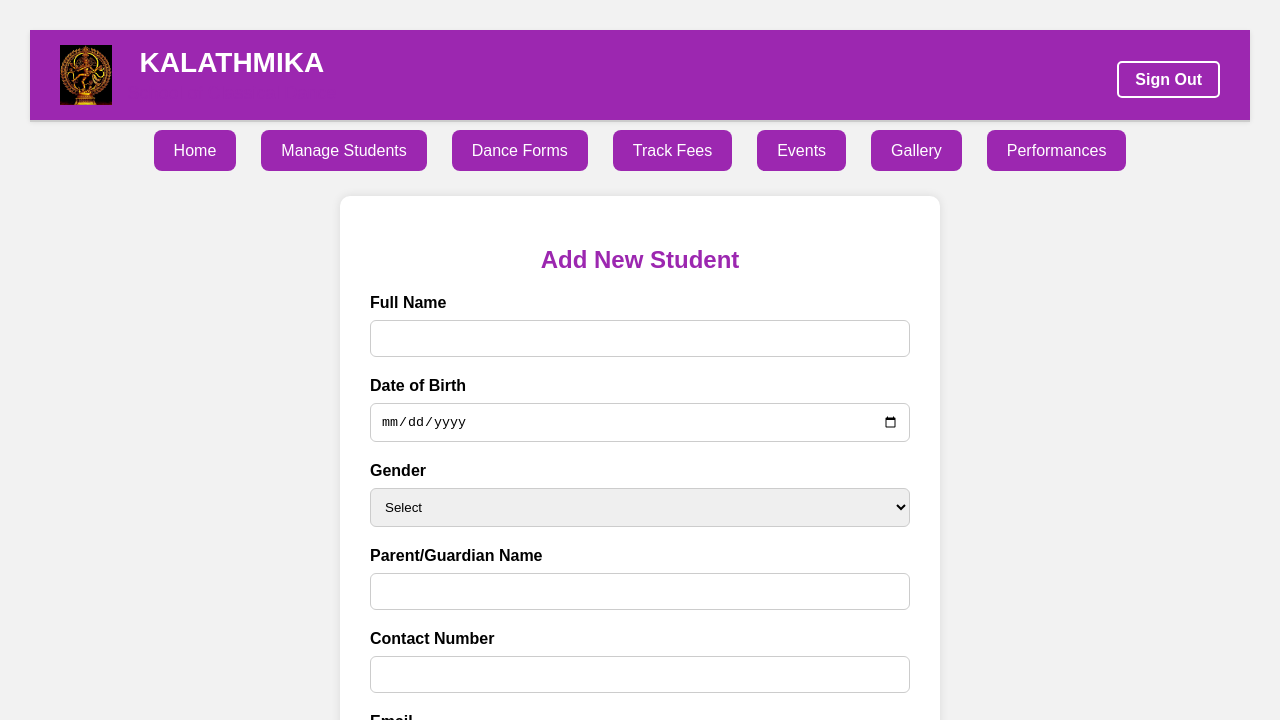
Repository: ammubancilal/LUMINAR-JDK17-STS4-SPRINGBOOT-KALATHMIKA-DANCESCHOOL
Page: http://localhost/springboot-jsp-kalathmika/WEB-INF/jsp/addNewStudent.jsp
The author's editor kept a copy of each file at every save. The page is drawn from the files as they stood at one save, then again after the next save.
The browser window is 1280 px wide. The pictures show the whole page.
An inner scrolling area shows only its first screen. The page is served by Tomcat 9. Nobody is signed in. Other server files are loaded and not shown. The template is opened directly, without the code that normally fills it, so the values that code supplies are empty.

Above is the page before, as saved 2025-04-22 06:14:37.

### springboot-jsp-kalathmika/src/main/webapp/WEB-INF/jsp/addNewStudent.jsp
<%@ page contentType="text/html;charset=UTF-8" language="java" %>
<%@ include file="header.jsp" %>
<!DOCTYPE html>
<html>
<head>
    <title>Add New Student</title>
    <style>
     ul.nav-menu {
            list-style-type: none;
            padding: 0;
            margin: 20px auto 0 auto;
            display: flex;
            justify-content: center;
            gap: 25px;
        }

        ul.nav-menu li a {
            text-decoration: none;
            background-color: #9C27B0;
            color: white;
            padding: 12px 20px;
            border-radius: 8px;
        }

        ul.nav-menu li a:hover {
            background-color: #7B1FA2;
        }
        body {
            font-family: Arial, sans-serif;
            background: #f2f2f2;
            padding: 30px;
        }

        .form-container {
            max-width: 600px;
            margin: auto;
            background: white;
            padding: 30px;
            box-shadow: 0 0 10px rgba(0,0,0,0.1);
            border-radius: 10px;
        }

        h2 {
            text-align: center;
            color: #9C27B0;
        }

        input, select, textarea {
            width: 100%;
            padding: 10px;
            margin-top: 8px;
            margin-bottom: 20px;
            border: 1px solid #ccc;
            border-radius: 6px;
        }

        label {
            font-weight: bold;
        }

        .btn-submit {
            background-color: #9C27B0;
            color: white;
            padding: 12px;
            border: none;
            border-radius: 8px;
            cursor: pointer;
            width: 100%;
        }

        .btn-submit:hover {
            background-color: #7B1FA2;
        }
    </style>
</head>
<body>

<nav>
    <ul class="nav-menu">
    <li><a href="/admin/dashboard">Home</a></li>
        <li><a href="/manageStudents">Manage Students</a></li>
        <li><a href="#">Dance Forms</a></li>
        <li><a href="#">Track Fees</a></li>
        <li><a href="#">Events</a></li>
        <li><a href="#">Gallery</a></li>
        <li><a href="#">Performances</a></li>
    </ul>
</nav>
<br><br>
<div class="form-container">
    <h2>Add New Student</h2>
    <form action="${pageContext.request.contextPath}/addStudent" method="post">
        <label for="stu_name">Full Name</label>
        <input type="text" id="stu_name" name="stu_name" required>

        <label for="stu_dob">Date of Birth</label>
        <input type="date" id="stu_dob" name="stu_dob" required>

        <label for="stu_gender">Gender</label>
        <select id="stu_gender" name="stu_gender" required>
            <option value="">Select</option>
            <option value="Female">Female</option>
            <option value="Male">Male</option>
            <option value="Other">Other</option>
        </select>

        <label for="stu_parentName">Parent/Guardian Name</label>
        <input type="text" id="stu_parentName" name="stu_parentName" required>

        <label for="stu_contactNumber">Contact Number</label>
        <input type="text" id="stu_contactNumber" name="stu_contactNumber" required>

        <label for="stu_email">Email</label>
        <input type="email" id="stu_email" name="stu_email" required>

        <label for="stu_address">Address</label>
        <textarea id="stu_address" name="stu_address" rows="3" required></textarea>

        <label for="stu_dateOfjoin">Date of Joining</label>
        <input type="date" id="stu_dateOfjoin" name="stu_dateOfjoin" required>

        <label for="stu_danceForm">Dance Form</label>
        <select id="stu_danceForm" name="stu_danceForm" required>
            <option value="">Select</option>
            <option value="Bharatanatyam">Bharatanatyam</option>
            <option value="Kuchipudi">Kuchipudi</option>
            <option value="Mohiniyattam">Mohiniyattam</option>
        </select>

        <label for="stu_level">Level</label>
        <select id="stu_level" name="stu_level" required>
            <option value="">Select</option>
            <option value="Beginner">Beginner</option>
            <option value="Intermediate">Intermediate</option>
            <option value="Advanced">Advanced</option>
        </select>

        <button type="submit" class="btn-submit">Add Student</button>
    </form>
</div>

</body>
</html>
<%@ include file="footer.jsp" %>

### springboot-jsp-kalathmika/src/main/webapp/WEB-INF/jsp/header.jsp
<%@ page contentType="text/html;charset=UTF-8"%>
<!DOCTYPE html>
<html lang="en">
<head>
    <meta charset="UTF-8">
    <meta name="viewport" content="width=device-width, initial-scale=1.0">
    <title>Kalathmika Admin Dashboard</title>
    <style>
       html, body {
    height: 100%;
    margin: 0;
    padding: 0;
    overflow-x: hidden; /* 👈 Prevents horizontal scroll */
    box-sizing: border-box; /* 👈 Makes widths/paddings behave properly */
    background-color: #f4f4f4;
}

* {
    box-sizing: inherit;
    max-width: 100%; /* Prevents child elements from breaking the layout */
}

        /* Header section styling */
        .header {
            background-color: #9C27B0;
            padding: 15px 30px;
            display: flex;
            justify-content: space-between;
            align-items: center;
            box-shadow: 0 2px 5px rgba(0, 0, 0, 0.1);
            color: white;
            flex-wrap: wrap;
            width: 100%; /* Add this */

        }

        .header-left {
            display: flex;
            align-items: center;
            gap: 15px;
        }

        .header-left img {
            height: 60px;
            width: auto;
        }

        .text-block {
            display: flex;
            flex-direction: column;
            justify-content: center;
            text-align: center;
        }

        .text-block h1 {
            margin: 0;
            font-size: 28px;
            font-weight: bold;
        }

        .text-block h2 {
            margin: 4px 0 0 0;
            font-size: 18px;
            font-weight: normal;
        }

        .header-right {
            margin-top: 10px;
        }

        .header-right a {
            text-decoration: none;
            color: white;
            font-weight: bold;
            padding: 8px 16px;
            border: 2px solid white;
            border-radius: 5px;
            transition: background-color 0.3s, color 0.3s;
        }

        .header-right a:hover {
            background-color: white;
            color: #9C27B0;
        }

        hr {
            border: 1px solid #ccc;
            margin: 0;
        }

        /* Responsive design */
        @media (max-width: 600px) {
            .header {
                flex-direction: column;
                text-align: center;
            }

            .header-left {
                flex-direction: column;
                align-items: center;
            }

            .header-right {
                margin-top: 10px;
            }

            .text-block h1 {
                font-size: 22px;
            }

            .text-block h2 {
                font-size: 16px;
            }
        }
    </style>
</head>
<body>

    <div class="header">
        <div class="header-left">
            <img src="${pageContext.request.contextPath}/images/nadaraja.jpg" alt="Kalathmika Logo">
            <div class="text-block">
                <h1>KALATHMIKA</h1>
                <h2>School of Classical Dance</h2>
            </div>
        </div>
        <div class="header-right">
            <a href="${pageContext.request.contextPath}/index">Sign Out</a>
        </div>
    </div>

    <hr>

</body>
</html>

### springboot-jsp-kalathmika/src/main/webapp/WEB-INF/jsp/footer.jsp
<%@ page contentType="text/html;charset=UTF-8" %>
<!DOCTYPE html>
<html lang="en">
<head>
    <meta charset="UTF-8">
    <meta name="viewport" content="width=device-width, initial-scale=1.0">
    <title>Kalathmika Footer</title>
    <style>
        /* General styling for the body and layout */
        html, body {
            height: 100%; /* Ensures the body takes up the full height of the screen */
            margin: 0; /* Removes default margin */
            display: flex;
            flex-direction: column; /* Stacks the content vertically */
        }

        /* Main content area */
        .content {
            flex-grow: 1; /* Takes up the remaining space to push the footer to the bottom */
        }

        /* Footer section styling */
        .footer {
            text-align: center;
            padding: 20px;
            font-size: 16px;
            color: #fff;
            background-color: #9C27B0;
            border-top: 1px solid #ccc;
            margin-top: auto; /* Push footer to bottom if there's space */
        width: 100%;
        }

        .footer a {
            color: #fff;
            text-decoration: none;
        }

        .footer a:hover {
            text-decoration: underline;
        }
    </style>
</head>
<body>

   <!--  <div class="content">
        Your main content goes here

    </div> -->

    <div class="footer">
        &copy; 2025 Kalathmika Dance School. All rights reserved.
    </div>

</body>
</html>

After the next save:
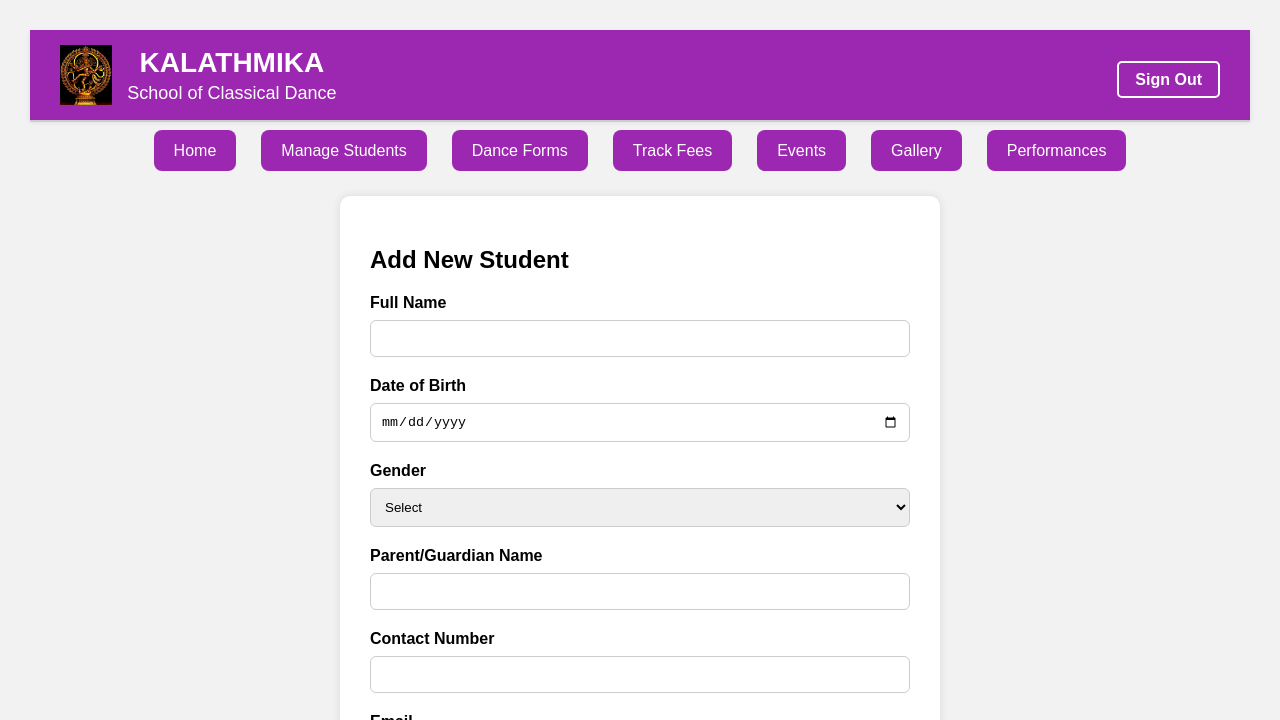
Saved 6 min 32 s later.
--- a/springboot-jsp-kalathmika/src/main/webapp/WEB-INF/jsp/addNewStudent.jsp
+++ b/springboot-jsp-kalathmika/src/main/webapp/WEB-INF/jsp/addNewStudent.jsp
@@ -40,10 +40,7 @@
             border-radius: 10px;
         }
 
-        h2 {
-            text-align: center;
-            color: #9C27B0;
-        }
+
 
         input, select, textarea {
             width: 100%;
